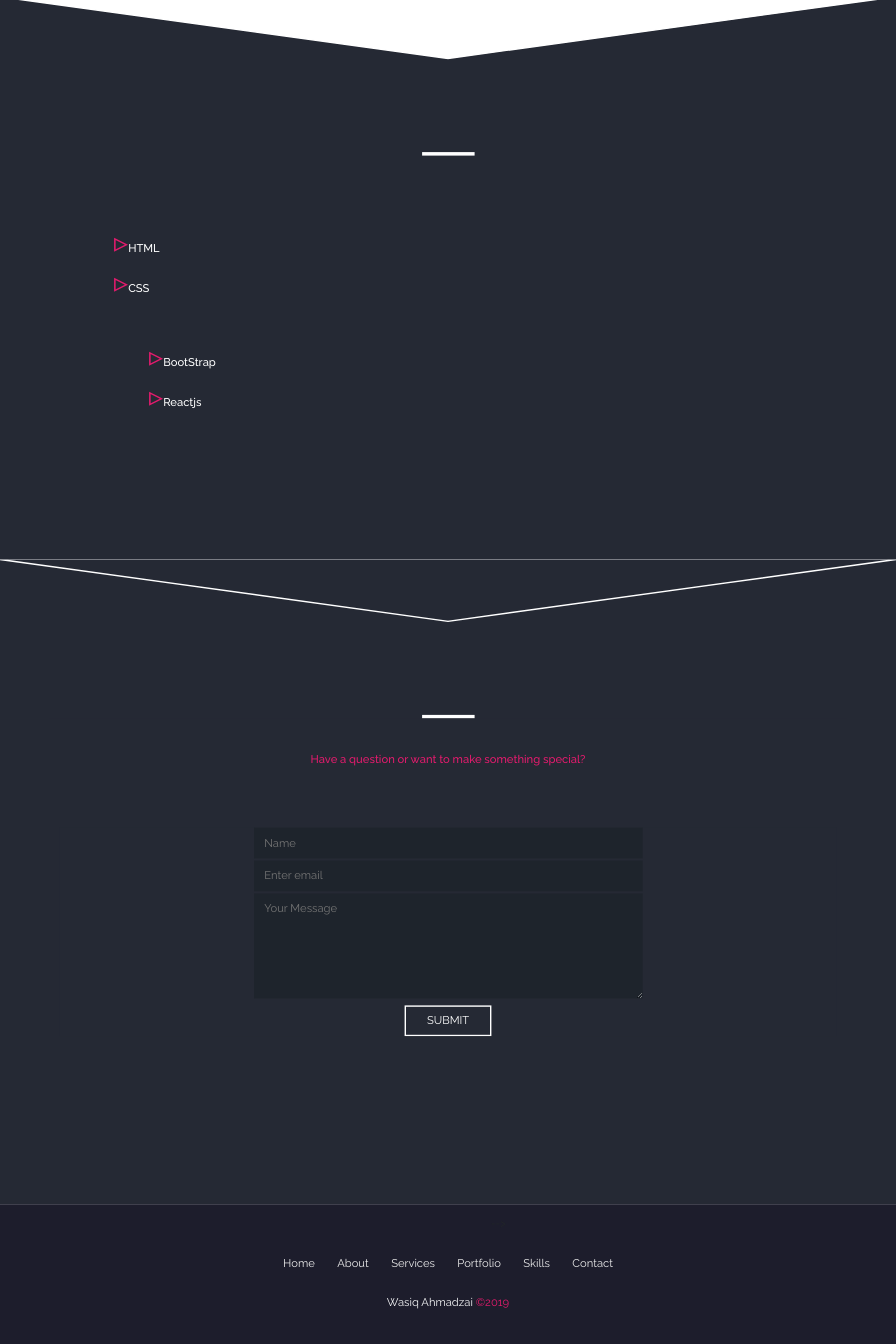
Repository: wasiqkhan/wasiqkhan.github.io
Page: index.html
The author's editor kept a copy of each file at every save. The page is drawn from the files as they stood at one save, then again after the next save.
The browser window is 1280 px wide. The pictures show the part of the page from y = 3886 to 5806 px (the page is 5806 px tall before and 5593 px after), at 70% of full size.
Some web fonts or font styles are not loaded; a fallback is used.

Above is the page before, as saved 2020-11-06 16:59:22.
Not found: js/all.js
Not found: js/app.js
Not found: js/particles.js

After the next save:
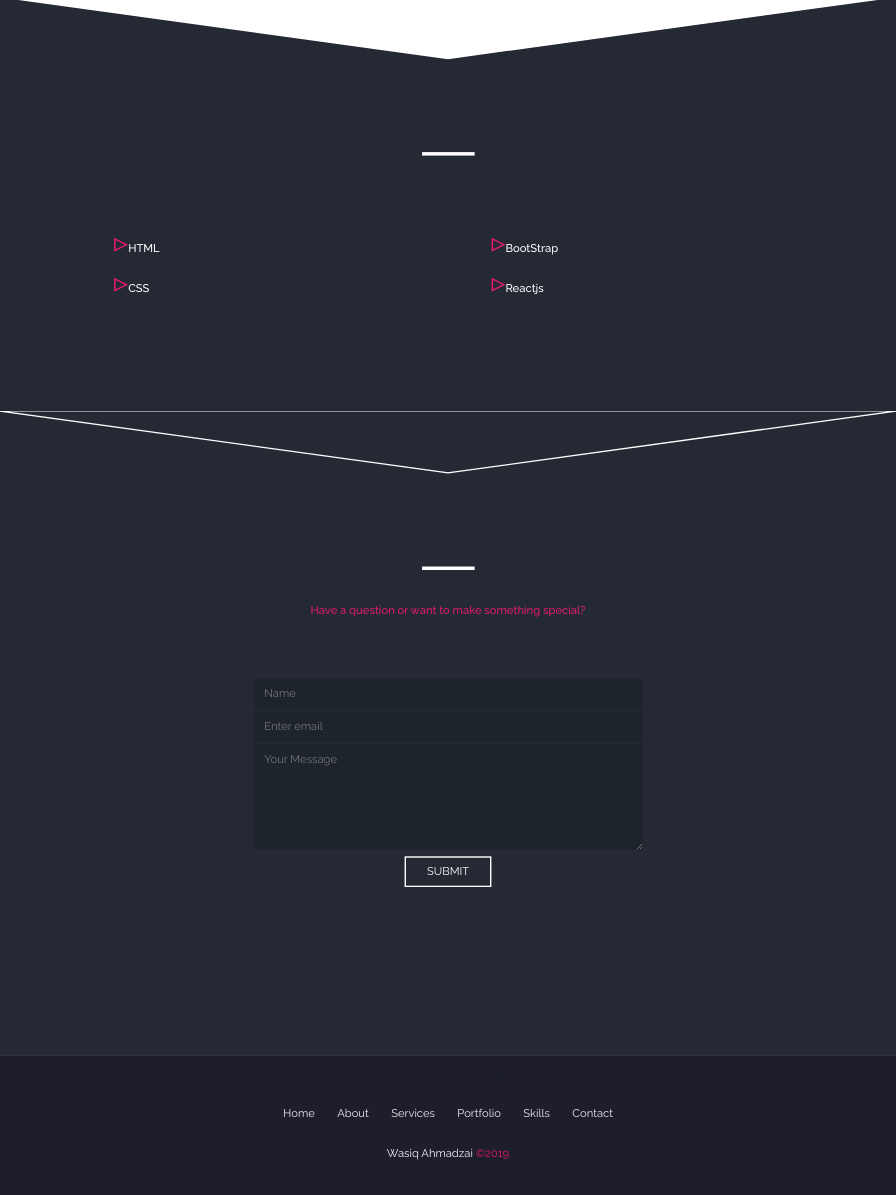
Saved 24 s later.
--- a/index.html
+++ b/index.html
@@ -346,8 +346,8 @@
                   <div class="l" style="height: 20px; width: 85%;background:#2E55C1">
                     85%
                   </div>
-                </div>
-              </div> -->
+                </div> -->
+              </div>
             </div>
             <div class="skill-group">
               <div class="skill-item filter frontend">
